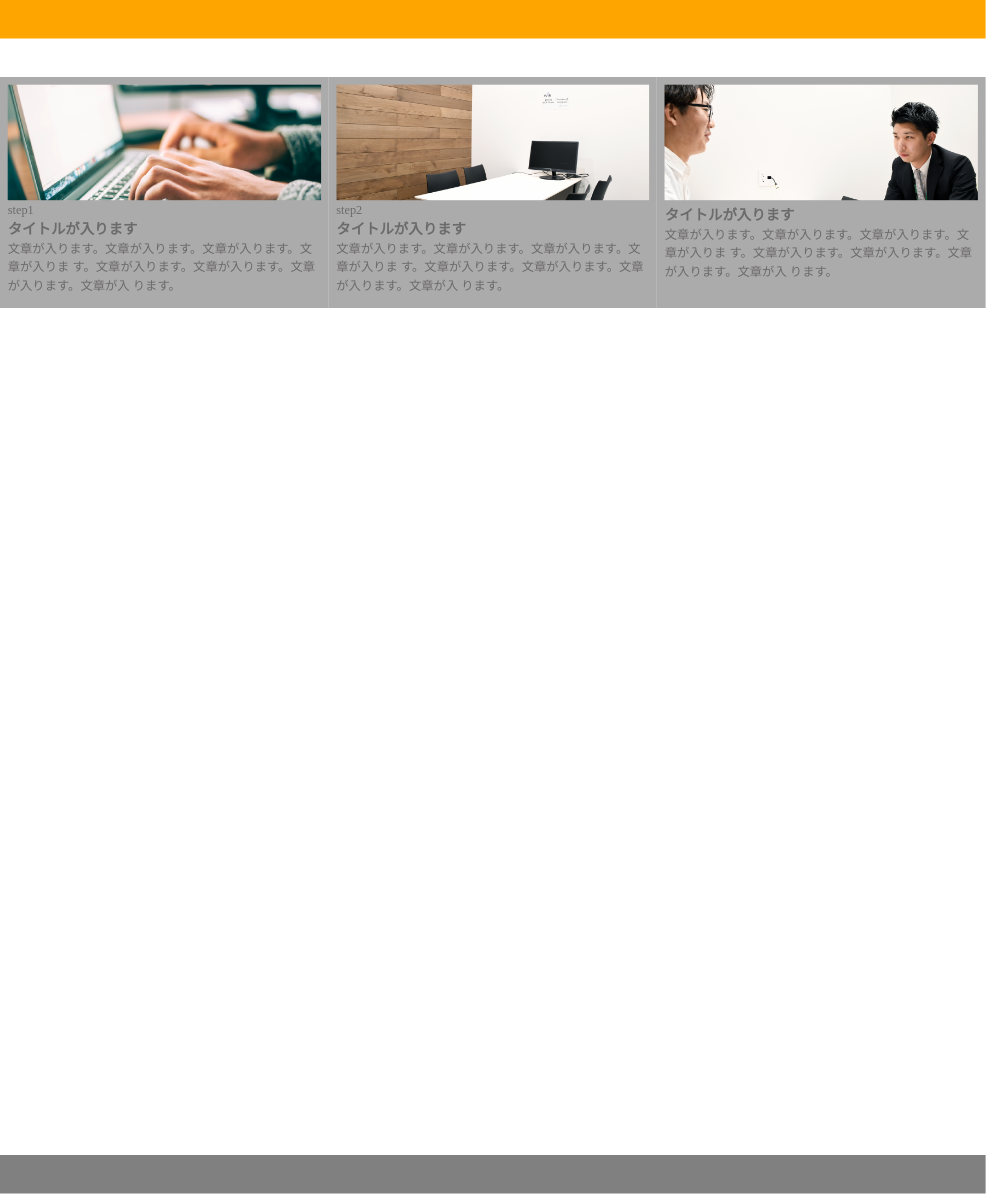
Repository: 220416/kadai1
Page: html/responsive.html
The author's editor kept a record of every edit. The page is drawn from the files as they stood at one moment, then again after the next edit.
The browser window is 1280 px wide. The pictures show the whole page, at 77% of full size.

Above is the page before.

After the next edit:
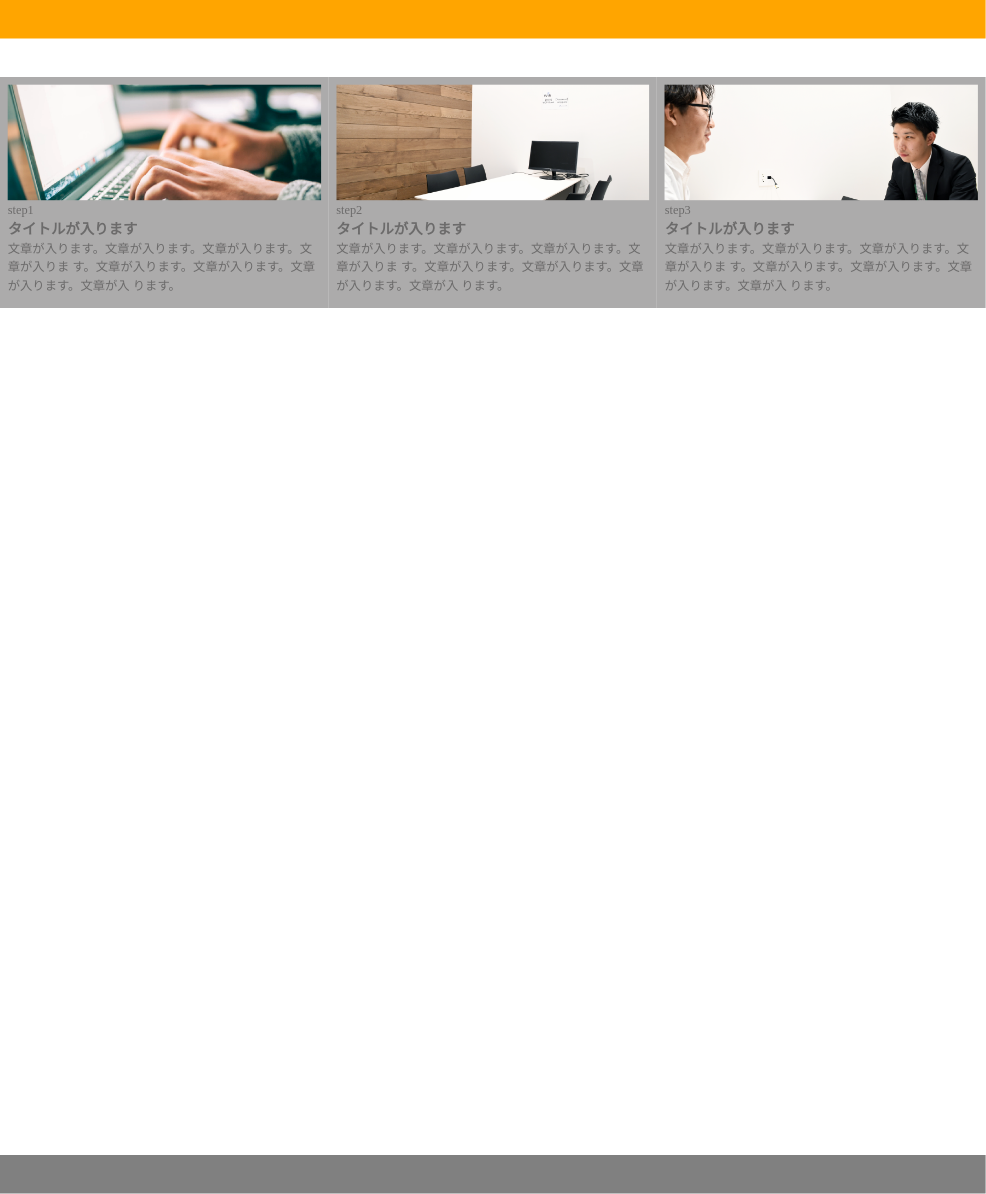
The edit:
--- a/html/responsive.html
+++ b/html/responsive.html
@@ -36,6 +36,7 @@
 
     <div class="main-visual">
       <img class="image" src="img/flow03.png">
+      <p class="step"> step3 </p>
       <div class="main-visual-content">
         <h3 class ="ain-visual-text">タイトルが入ります</h3>
         <p class="main-visual-text">文章が入ります。文章が入ります。文章が入ります。文章が入りま
